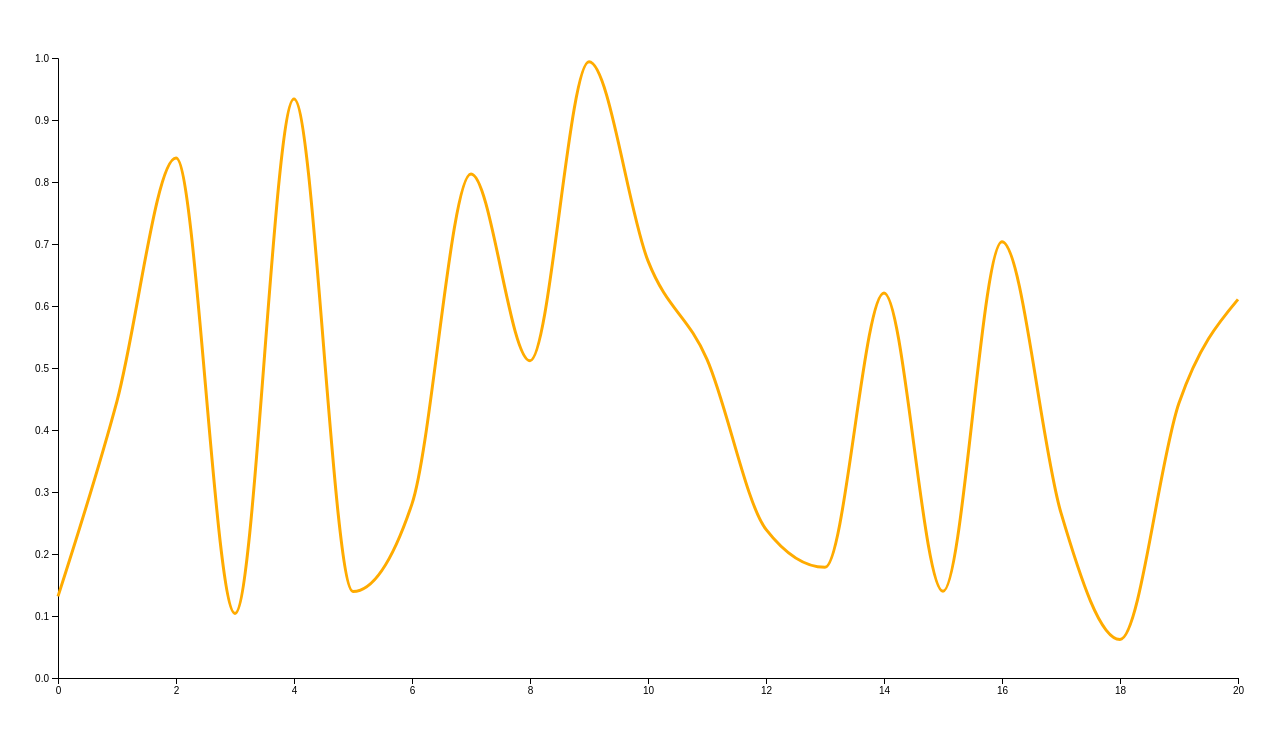
Repository: salonieshah/thesis
Page: class_exercise/test-1/index.html
The author's editor kept a record of every edit. The page is drawn from the files as they stood at one moment, then again after the next edit.
The browser window is 1280 px wide. The page is 1288 px wide, so the pictures cover 1288 px, including what lies to the right of the window. The pictures show the whole page.

Above is the page before.

After the next edit:
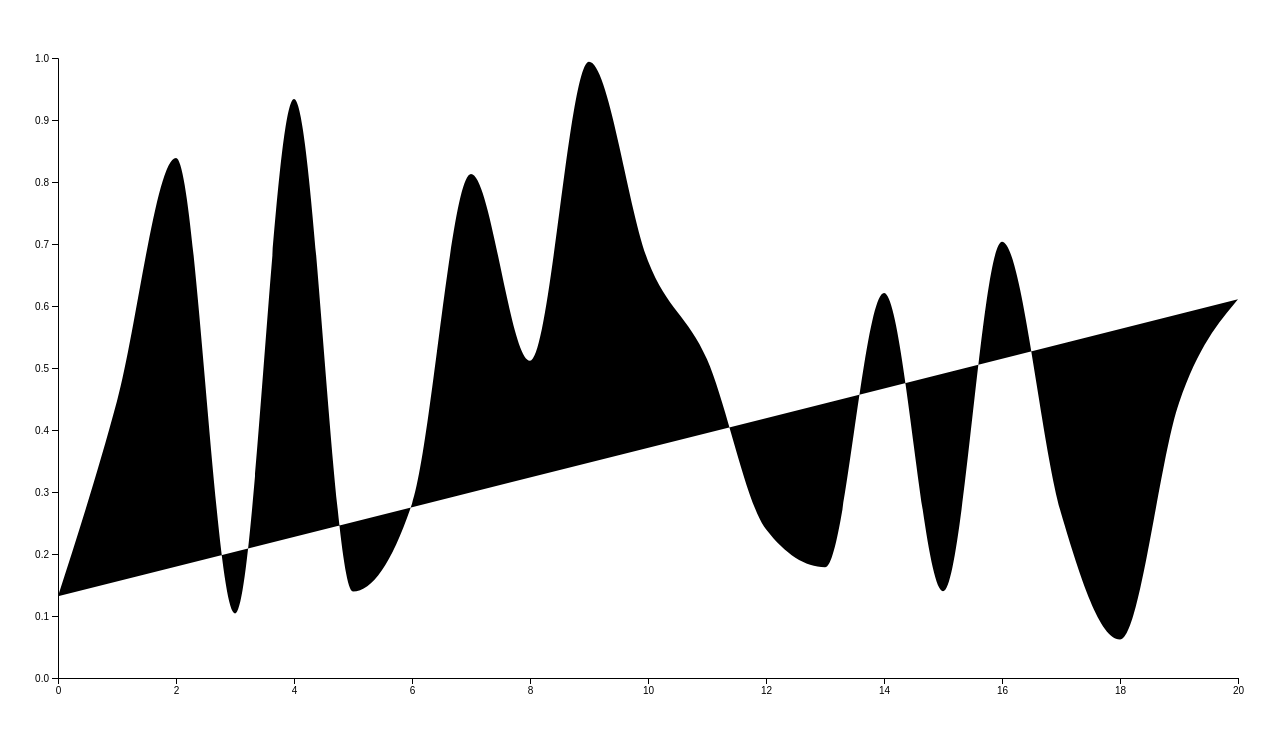
The edit:
--- a/class_exercise/test-1/index.html
+++ b/class_exercise/test-1/index.html
@@ -5,27 +5,27 @@
 /* 13. Basic Styling with CSS */
 
 /* Style the lines by removing the fill and applying a stroke */
-.line {
-    fill: none;
-    stroke: #ffab00;
-    stroke-width: 3;
-}
+/*.line {*/
+/*    fill: none;*/
+/*    stroke: #ffab00;*/
+/*    stroke-width: 3;*/
+/*}*/
 
-.overlay {
-  fill: none;
-  pointer-events: all;
-}
+/*.overlay {*/
+/*  fill: none;*/
+/*  pointer-events: all;*/
+/*}*/
 
 /* Style the dots by assigning a fill and stroke */
-.dot {
-    fill: #ffab00;
-    stroke: #fff;
-}
+/*.dot {*/
+/*    fill: #ffab00;*/
+/*    stroke: #fff;*/
+/*}*/
 
-  .focus circle {
-  fill: none;
-  stroke: steelblue;
-}
+/*  .focus circle {*/
+/*  fill: none;*/
+/*  stroke: steelblue;*/
+/*}*/
 
 </style>
 <!-- Body tag is where we will append our SVG and SVG objects-->
